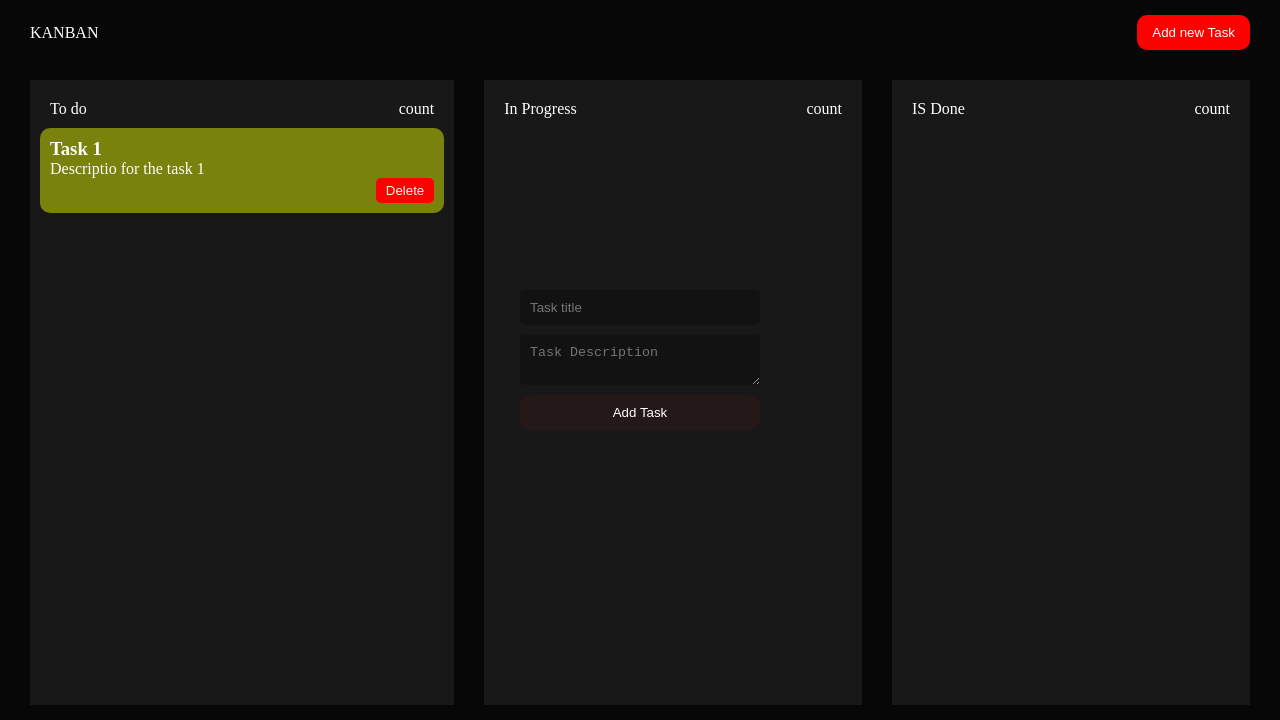
Repository: Sandeepji-5/Kanban-board
Page: index.html
The author's editor kept a copy of each file at every save. The page is drawn from the files as they stood at one save, then again after the next save.
The browser window is 1280 px wide. The pictures show the whole page.

Above is the page before, as saved 2025-12-09 15:30:23.

After the next save:
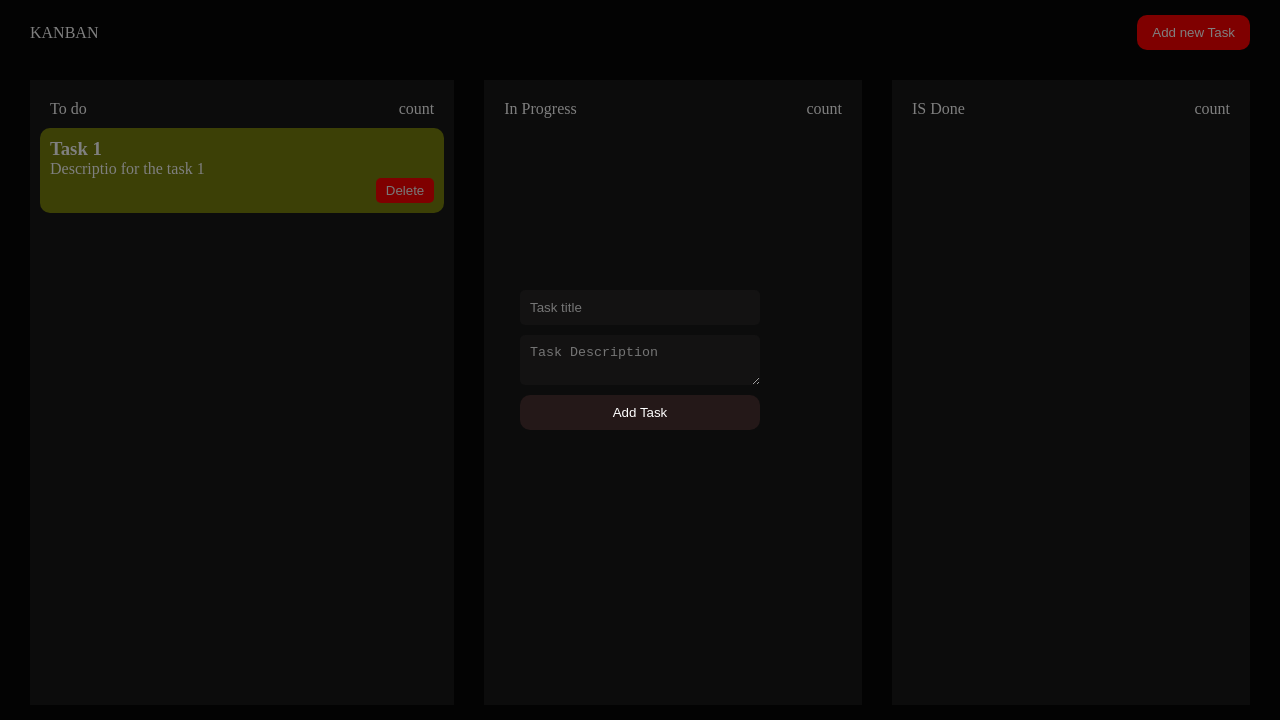
Saved 16 s later.
--- a/style.css
+++ b/style.css
@@ -143,12 +143,7 @@
     display: flex;
     align-items: center;
     justify-content: center;
-
-
-
-
-
-
+    background-color: rgba(0, 0, 0, 0.5);
 
 }
 /* .modal .bg{

After the save that followed:
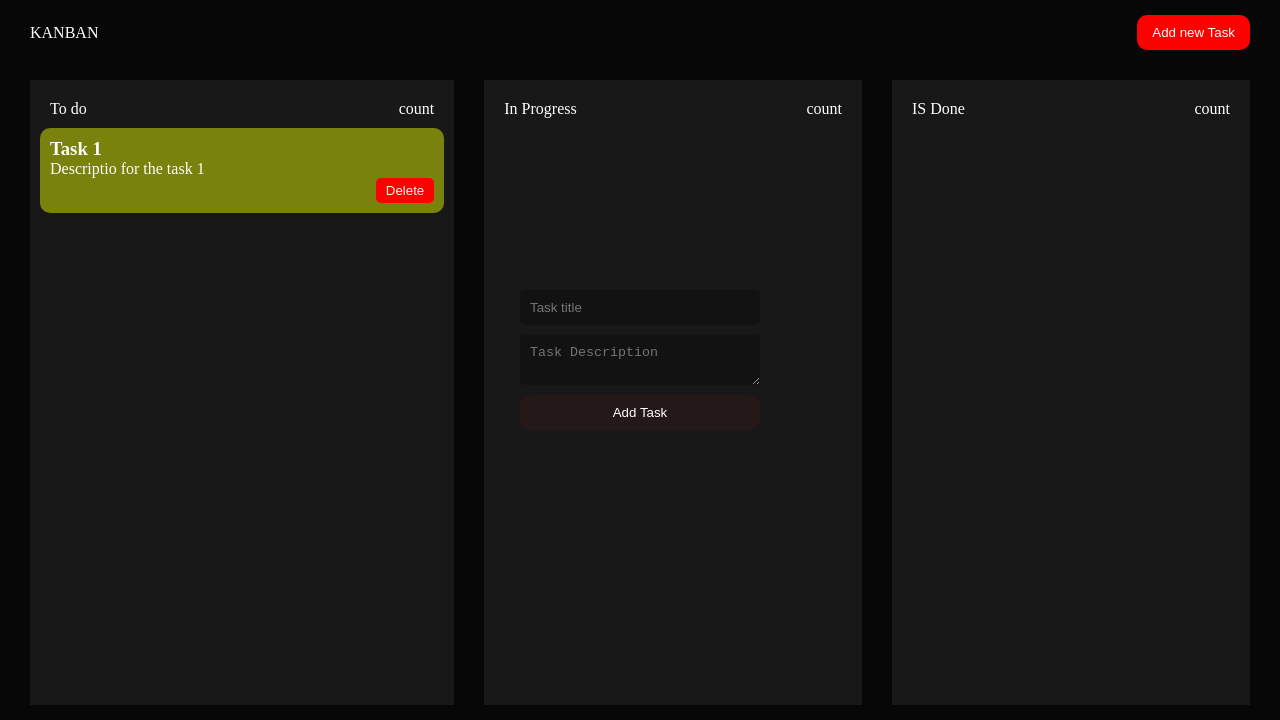
Saved 15 s later.
--- a/style.css
+++ b/style.css
@@ -143,7 +143,7 @@
     display: flex;
     align-items: center;
     justify-content: center;
-    background-color: rgba(0, 0, 0, 0.5);
+
 
 }
 /* .modal .bg{
